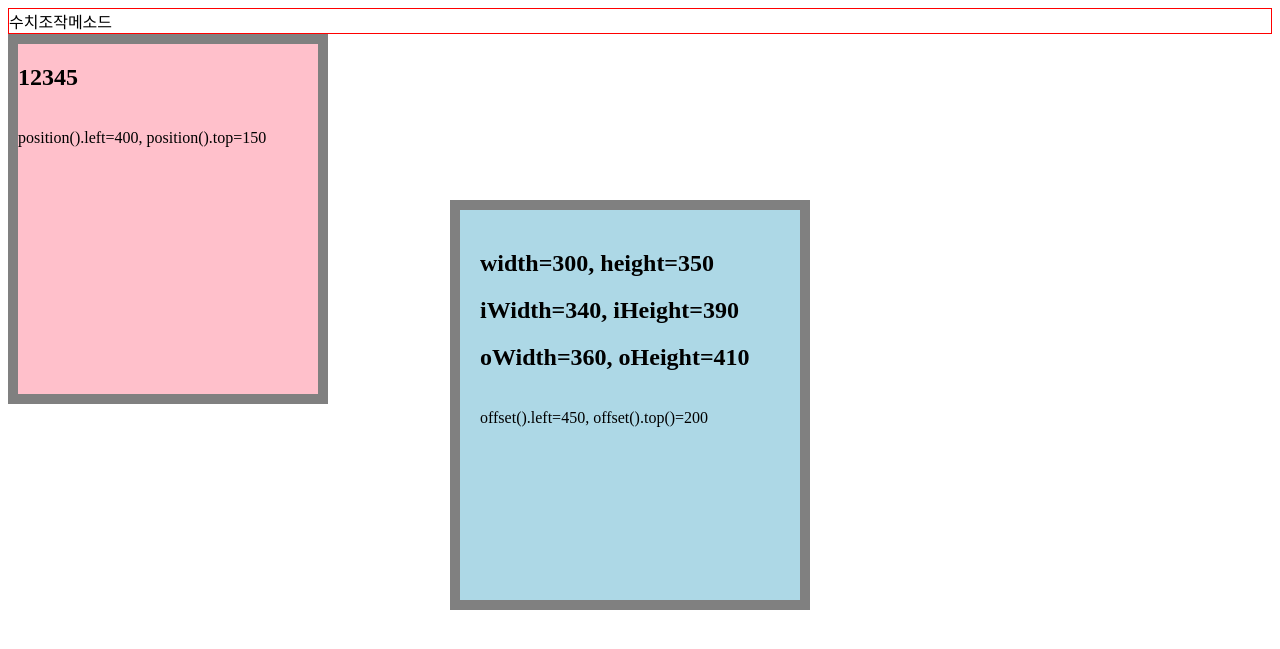
Repository: KangSuA/JSP
Page: webApp/src/main/webapp/jquery/jq08_object.html
The author's editor kept a copy of each file at every save. The page is drawn from the files as they stood at one save, then again after the next save.
The browser window is 1280 px wide. The pictures show the whole page.

Above is the page before, as saved 2023-02-15 00:32:50.

After the next save:
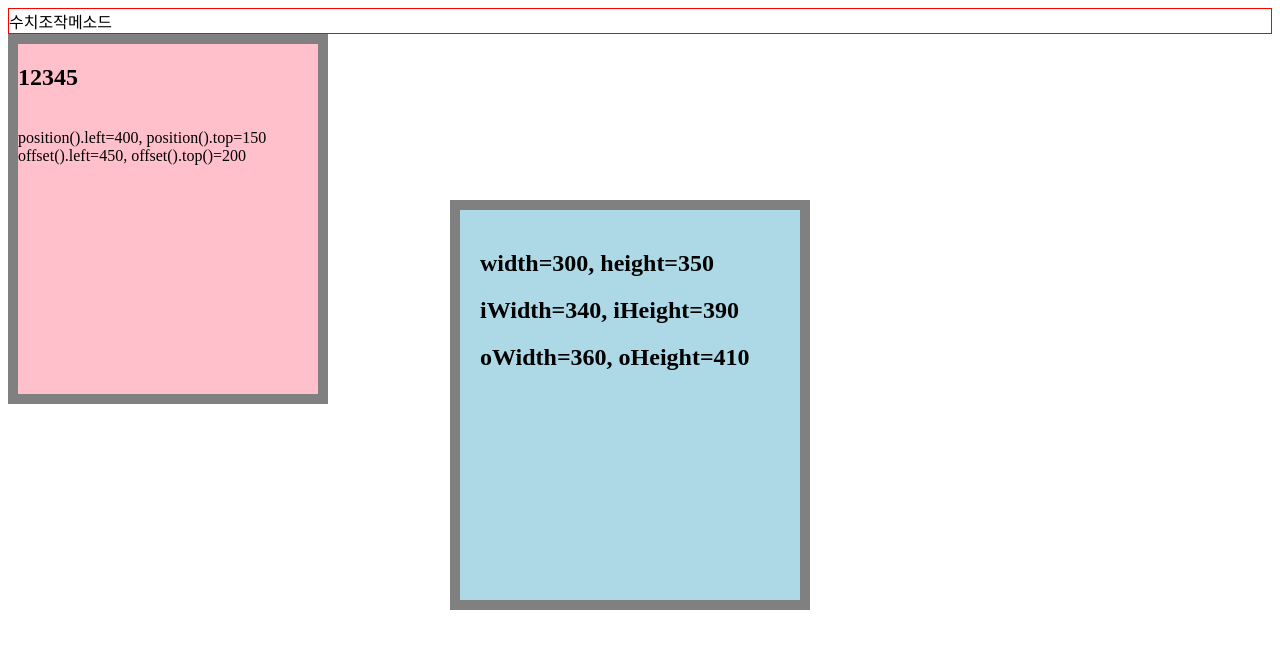
Saved 44 s later.
--- a/webApp/src/main/webapp/jquery/jq08_object.html
+++ b/webApp/src/main/webapp/jquery/jq08_object.html
@@ -33,7 +33,7 @@
 
 		//offset() : 좌표를 구한다.(left, top) - margin, border를 제외한 좌표
 		var xY = $('div:last').offset();
-		$('div:last').append("</br>offset().left="+xY.left+", offset().top()="+xY.top);
+		$('div:eq(1)').append("</br>offset().left="+xY.left+", offset().top()="+xY.top);
 
 	})
 </script>
